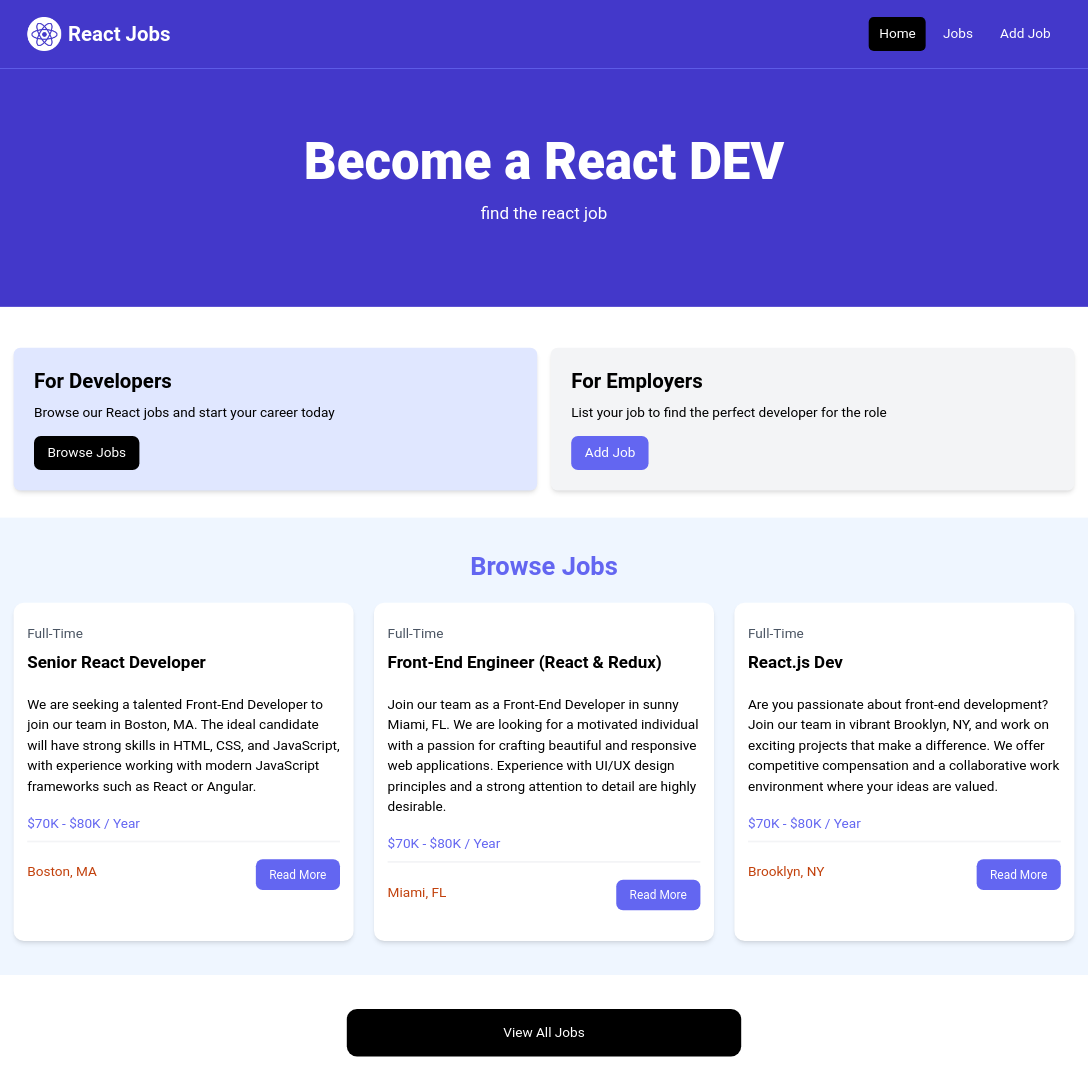
Repository: Geohot-2020/React_setup
Page: / (app in react-crash-2024/)
These files come from the project's save history. The page is drawn as it stood at one moment and after the next save; the edit follows.
The browser window is 1280 px wide. The pictures show the whole page, at 85% of full size.
The project was rebuilt for these pictures with package versions that can differ from the ones it lists, and the page was loaded fresh each time. Also part of the build but not shown: react-crash-2024/vite.config.js.

Above is the page before, as saved 2024-11-13 16:27:10.

### react-crash-2024/src/App.jsx
import React from 'react'
import Navbar from './components/Navbar'
import Hero from './components/Hero'
import HomeCards from './components/HomeCards'
import JobListings from './components/JobListings'


const App = () => {
  return (
    <>
      <Navbar />
      <Hero />
      <HomeCards />
      <JobListings />



      <section className="m-auto max-w-lg my-10 px-6">
        <a
          href="jobs.html"
          className="block bg-black text-white text-center py-4 px-6 rounded-xl hover:bg-gray-700"
        >View All Jobs</a
        >
      </section>
    </>
  )
}

export default App

### react-crash-2024/src/components/Navbar.jsx
import React from 'react'
import logo from '../assets/images/logo.png'
const Navbar = () => {
    return (
        <nav className="bg-indigo-700 border-b border-indigo-500">
            <div className="mx-auto max-w-7xl px-2 sm:px-6 lg:px-8">
                <div className="flex h-20 items-center justify-between">
                    <div
                        className="flex flex-1 items-center justify-center md:items-stretch md:justify-start"
                    >
                        {/* <!-- Logo --> */}
                        <a className="flex flex-shrink-0 items-center mr-4" href="/index.html">
                            <img
                                className="h-10 w-auto"
                                src={logo}
                                alt="React Jobs"
                            />
                            <span className="hidden md:block text-white text-2xl font-bold ml-2"
                            >React Jobs</span
                            >
                        </a>
                        <div className="md:ml-auto">
                            <div className="flex space-x-2">
                                <a
                                    href="/index.html"
                                    className="text-white bg-black hover:bg-gray-900 hover:text-white rounded-md px-3 py-2"
                                >Home</a
                                >
                                <a
                                    href="/jobs.html"
                                    className="text-white hover:bg-gray-900 hover:text-white rounded-md px-3 py-2"
                                >Jobs</a
                                >
                                <a
                                    href="/add-job.html"
                                    className="text-white hover:bg-gray-900 hover:text-white rounded-md px-3 py-2"
                                >Add Job</a
                                >
                            </div>
                        </div>
                    </div>
                </div>
            </div>
        </nav>
    )
}

export default Navbar

### react-crash-2024/src/components/Hero.jsx
import React from 'react'

const Hero = ({title = 'Become a React DEV', subtitle = 'find the react job'}) => {
    return (
        <section className="bg-indigo-700 py-20 mb-4">
            <div
                className="max-w-7xl mx-auto px-4 sm:px-6 lg:px-8 flex flex-col items-center"
            >
                <div className="text-center">
                    <h1
                        className="text-4xl font-extrabold text-white sm:text-5xl md:text-6xl"
                    >
                        {title}
                    </h1>
                    <p className="my-4 text-xl text-white">
                        {subtitle}
                    </p>
                </div>
            </div>
        </section>
    )
}

export default Hero

### react-crash-2024/src/components/HomeCards.jsx
import React from 'react'
import Card from './Card'

const HomeCards = () => {
    return (
        <section className="py-4">
            <div className="container-xl lg:container m-auto">
                <div className="grid grid-cols-1 md:grid-cols-2 gap-4 p-4 rounded-lg">
                    <Card bg='bg-indigo-100'>
                        <h2 className="text-2xl font-bold">For Developers</h2>
                        <p className="mt-2 mb-4">
                            Browse our React jobs and start your career today
                        </p>
                        <a
                            href="/jobs.html"
                            className="inline-block bg-black text-white rounded-lg px-4 py-2 hover:bg-gray-700"
                        >
                            Browse Jobs
                        </a>
                    </Card>
                    <Card>
                        <h2 className="text-2xl font-bold">For Employers</h2>
                        <p className="mt-2 mb-4">
                            List your job to find the perfect developer for the role
                        </p>
                        <a
                            href="/add-job.html"
                            className="inline-block bg-indigo-500 text-white rounded-lg px-4 py-2 hover:bg-indigo-600"
                        >
                            Add Job
                        </a>
                    </Card>
                </div>
            </div>
        </section>
    )
}

export default HomeCards

### react-crash-2024/src/components/JobListings.jsx
import React from 'react';
import jobs from '../jobs.json';
import JobListing from './JobListing';



const JobListings = () => {
    const recentJobs = jobs.slice(0, 3);

    return (
        <section className="bg-blue-50 px-4 py-10">
            <div className="container-xl lg:container m-auto">
                <h2 className="text-3xl font-bold text-indigo-500 mb-6 text-center">
                    Browse Jobs
                </h2>
                <div className="grid grid-cols-1 md:grid-cols-3 gap-6">
                    {recentJobs.map((job) => (
                        <JobListing key={job.id} job={job} />
                    ))}

                </div>
            </div>
        </section>
    )
}

export default JobListings

### react-crash-2024/src/components/Card.jsx
import React from 'react'

const Card = ({children, bg = 'bg-gray-100'}) => {
  return (
    <div className={`${bg} p-6 rounded-lg shadow-md`}>
        {children}
    </div>
  )
}

export default Card

### react-crash-2024/src/components/JobListing.jsx
import React from 'react'

const JobListing = ({job}) => {
    return (
        <div className="bg-white rounded-xl shadow-md relative">
            <div className="p-4">
                <div className="mb-6">
                    <div className="text-gray-600 my-2">{job.type}</div>
                    <h3 className="text-xl font-bold">{job.title}</h3>
                </div>

                <div className="mb-5">
                    {job.description}
                </div>

                <h3 className="text-indigo-500 mb-2">{job.salary} / Year</h3>

                <div className="border border-gray-100 mb-5"></div>

                <div className="flex flex-col lg:flex-row justify-between mb-4">
                    <div className="text-orange-700 mb-3">
                        <i className="fa-solid fa-location-dot text-lg"></i>
                        {job.location}
                    </div>
                    <a
                        href={`/job/${job.id}`}
                        className="h-[36px] bg-indigo-500 hover:bg-indigo-600 text-white px-4 py-2 rounded-lg text-center text-sm"
                    >
                        Read More
                    </a>
                </div>
            </div>
        </div>
    )
}

export default JobListing

### react-crash-2024/tailwind.config.js
/** @type {import('tailwindcss').Config} */
export default {
  content: [
    "./index.html",
    "./src/**/*.{js,ts,jsx,tsx}",
  ],
  theme: {
    extend: {
      fontFamily: {
        sans: ['Roboto', 'sans-serif'],
      },
      gridTemplateColumns: {
        '70/30': '70% 28%',
      },
    },
  },
  plugins: [],
}

Loaded but not shown: react-crash-2024/index.html (common file); react-crash-2024/src/main.jsx (common file); react-crash-2024/src/index.css (common file); react-crash-2024/src/jobs.json (common file)

After the next save:
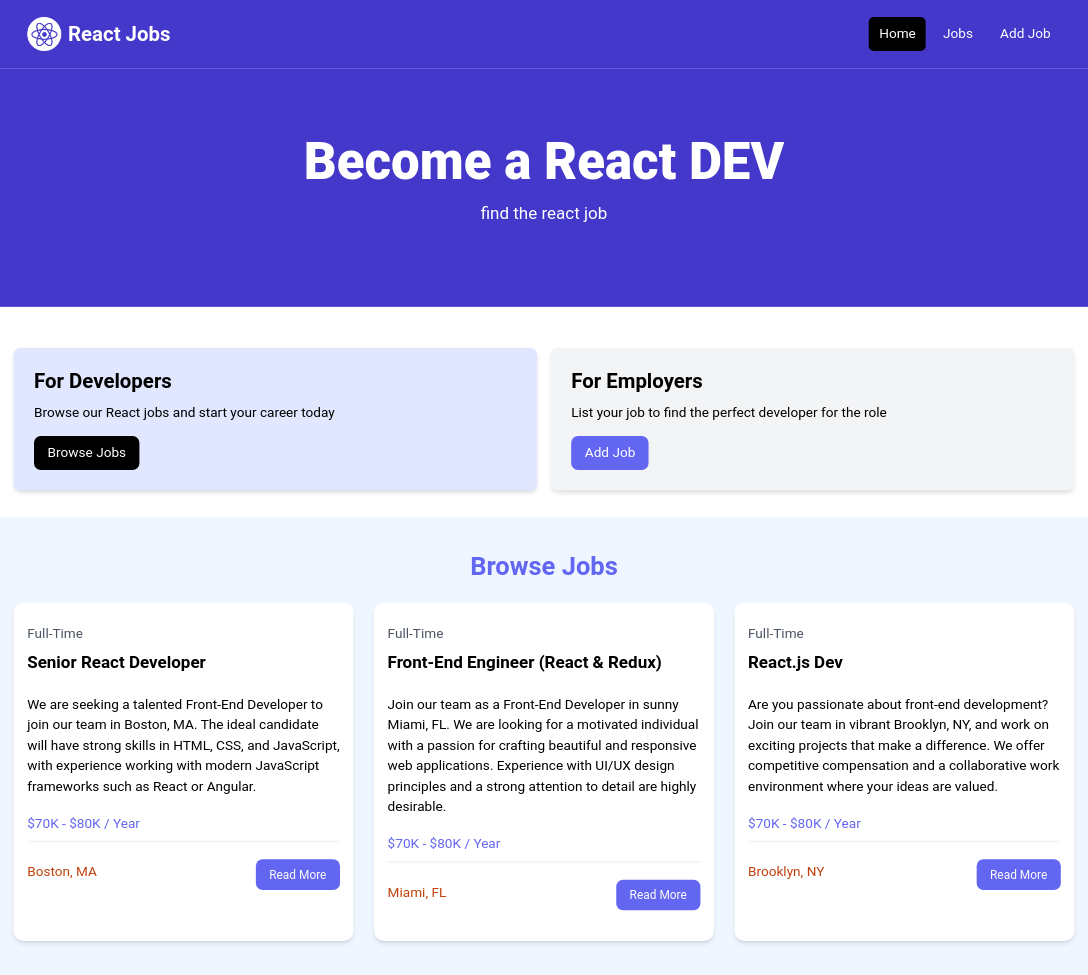
Saved 20 s later.
--- a/react-crash-2024/src/App.jsx
+++ b/react-crash-2024/src/App.jsx
@@ -15,13 +15,7 @@
 
 
 
-      <section className="m-auto max-w-lg my-10 px-6">
-        <a
-          href="jobs.html"
-          className="block bg-black text-white text-center py-4 px-6 rounded-xl hover:bg-gray-700"
-        >View All Jobs</a
-        >
-      </section>
+
     </>
   )
 }
